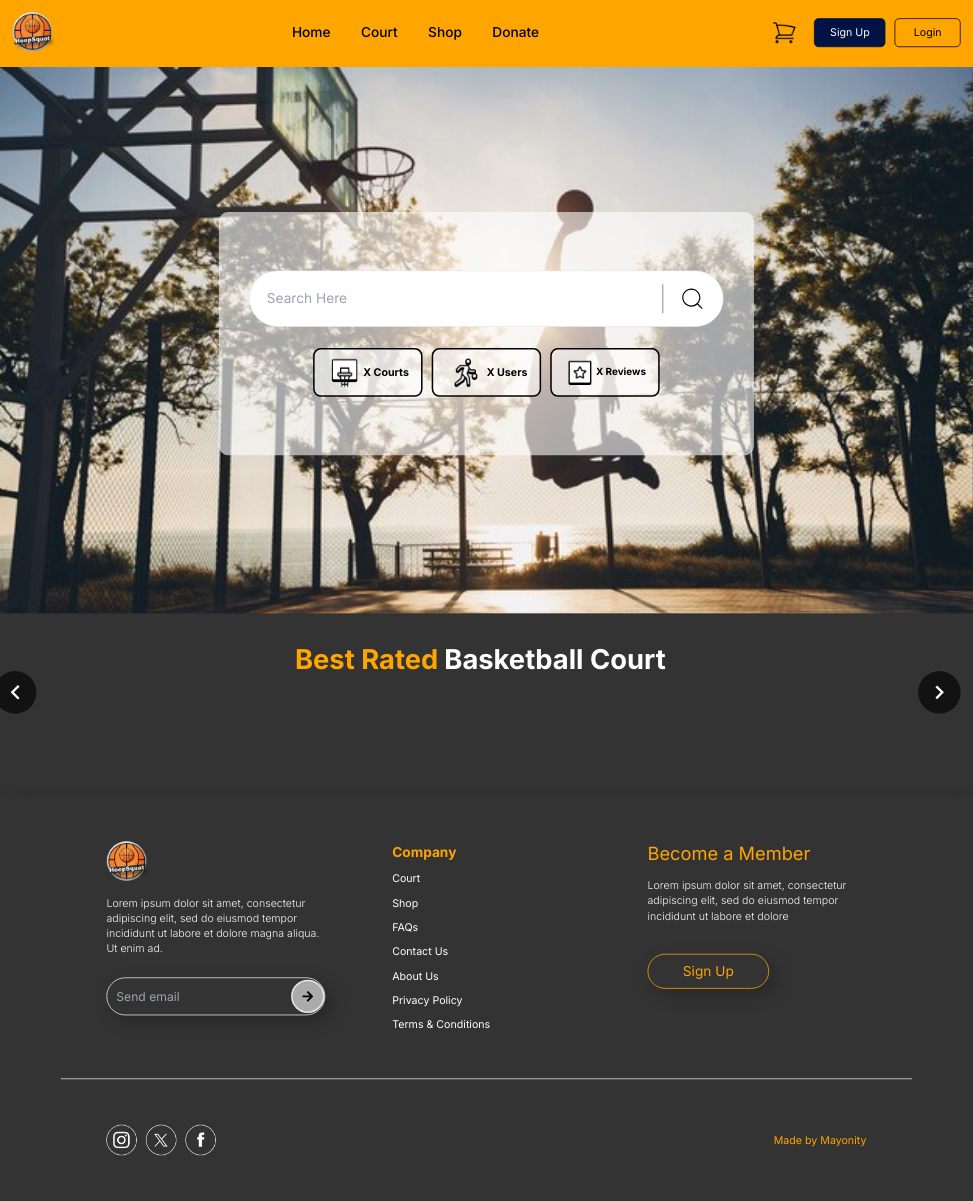
Repository: Abdul-Hannan232/basket-ball-website
Page: /
These files come from the project's save history. The page is drawn as it stood at one moment and after the next save; the edit follows.
The browser window is 1280 px wide. The pictures show the whole page, at 76% of full size.
The page's requests for data from a server got no answer. The project was rebuilt for these pictures with package versions that can differ from the ones it lists, and the page was loaded fresh each time. The framework's server and built-in components were replaced by stand-ins that run in the browser. No one was signed in, and anything a server would have sent is missing. Also part of the build but not shown: next.config.mjs, app/utils/rating.js.

Above is the page before, as saved 2024-09-15 21:39:28.

After the next save:
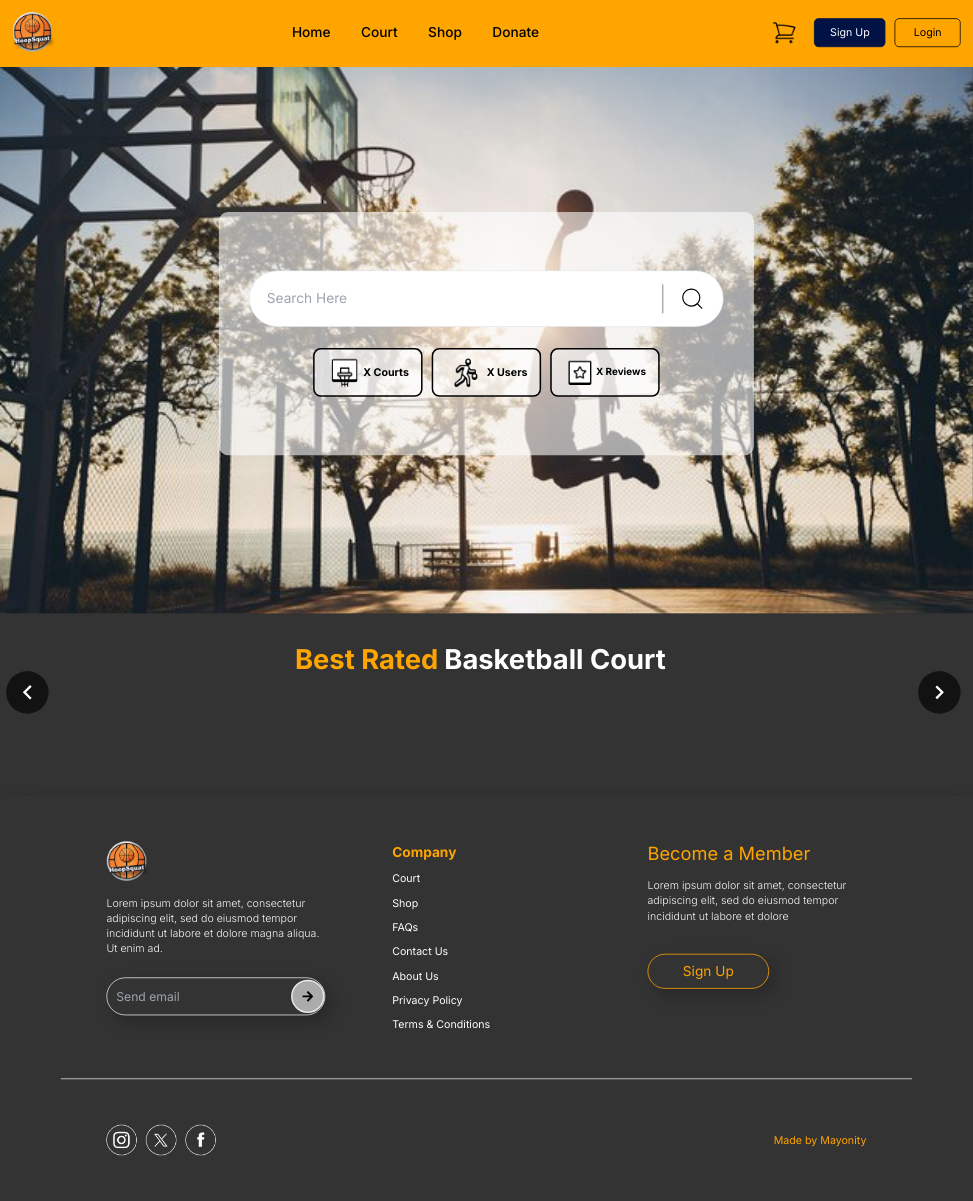
Saved 4 s later.
--- a/app/component/CourtsSlider.js
+++ b/app/component/CourtsSlider.js
@@ -131,7 +131,7 @@ const CourtsSlider = ({ slide }) => {
 
                     </Slider>
                     <div style={{ position: 'absolute', transform: 'translateY(-50%)', zIndex: '1' }} className='2xl:top-[45%] lg:top-[65%] top-[35%] md:w-[100%] flex justify-between w-[100%] mx-auto'>
-                        <div className=' slick- slick-arrow md:-ml-16 '>
+                        <div className=' slick- slick-arrow md:-ml-12 '>
                             <div onClick={goToPrev} className='bg-[#000000A6] text-white text-7xl md:p-[10px] flex items-center justify-center cursor-pointer md:w-14 md:h-14 w-10 h-10 text-center font-bold  rounded-full'>
                                 <RiArrowLeftSLine />
                             </div>
